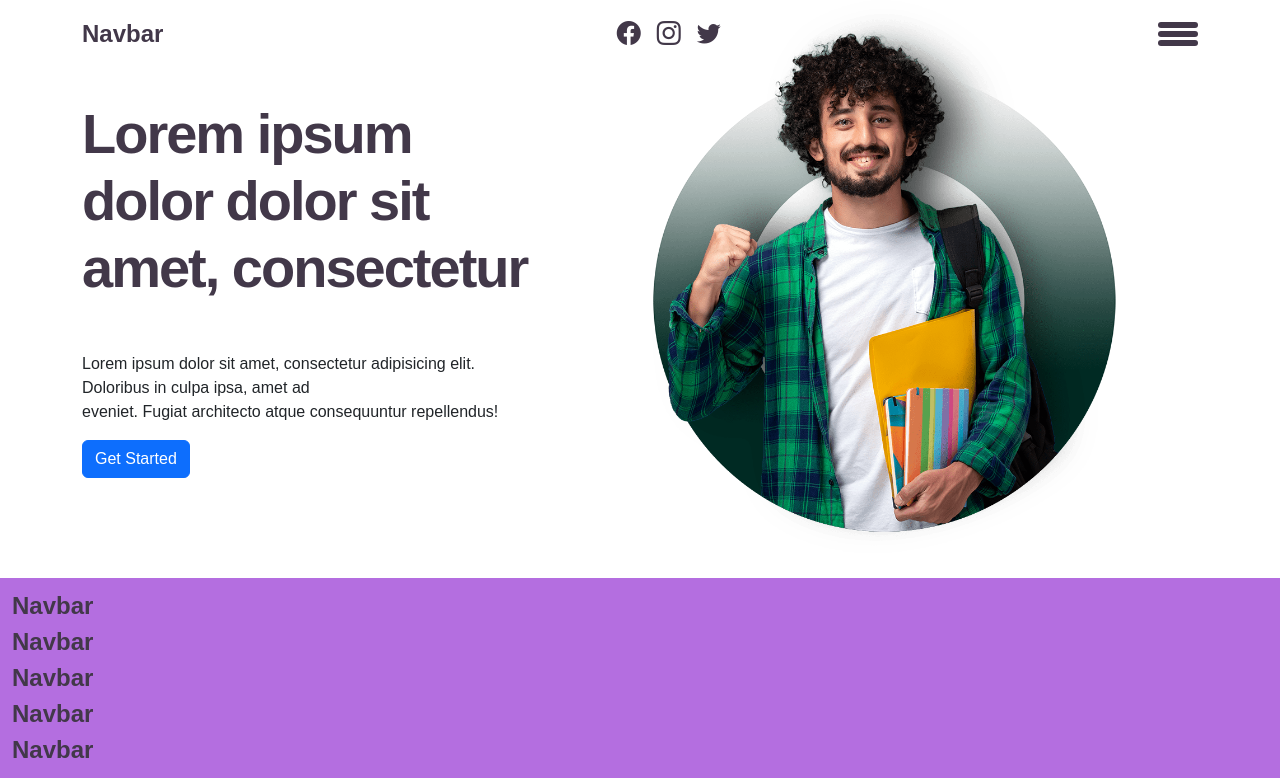
Repository: tagnam/project27012025
Page: index.html
These files come from the project's save history. The page is drawn as it stood at one moment and after a run of saves; the edit follows.
The browser window is 1280 px wide. The pictures show the whole page.

Above is the page before, as saved 2025-01-27 16:07:23.

After the next 2 saves:
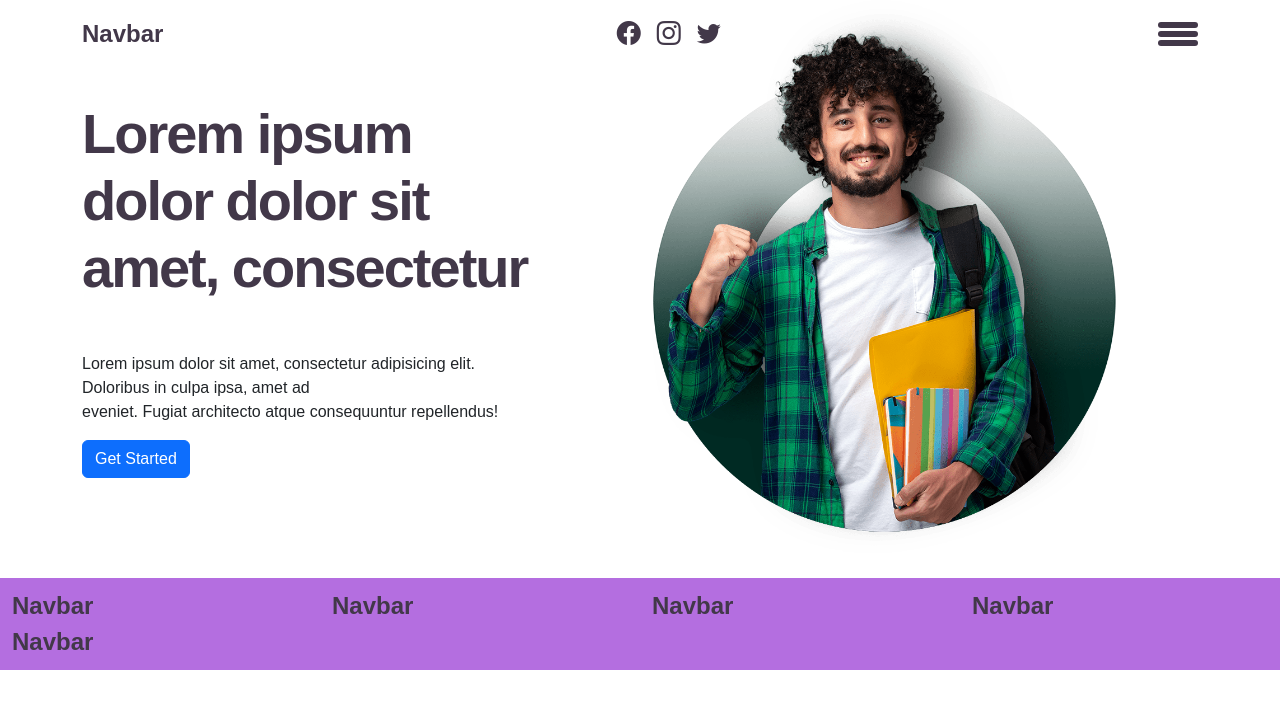
The 2 saves are shown as one change because they came seconds apart.
The last was saved 7 s later.
--- a/index.html
+++ b/index.html
@@ -103,11 +103,11 @@
 <section class="client-section">
     <div class="container-fluid">
        <div class="row d-flex">
-        <a class="navbar-brand w-100" href="#">Navbar</a>
-        <a class="navbar-brand w-100" href="#">Navbar</a>
-        <a class="navbar-brand w-100" href="#">Navbar</a>
-        <a class="navbar-brand w-100" href="#">Navbar</a>
-        <a class="navbar-brand w-100" href="#">Navbar</a>
+        <a class="navbar-brand w-25" href="#">Navbar</a>
+        <a class="navbar-brand w-25" href="#">Navbar</a>
+        <a class="navbar-brand w-25" href="#">Navbar</a>
+        <a class="navbar-brand w-25" href="#">Navbar</a>
+        <a class="navbar-brand w-25" href="#">Navbar</a>
     </div>
     </div>
 </section>
